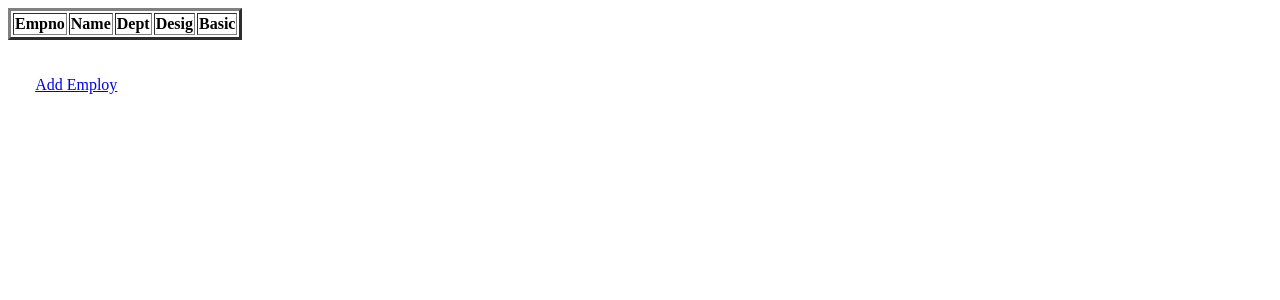
Repository: vinodkumarr269/mode1
Page: http://localhost/EmployCrude/EmployShow.jsp
An editor plug-in stored every save of this project. The page is shown before and after the next save, followed by the edit.
The browser window is 1280 px wide. The pictures show the whole page.
The page is served by Tomcat 9. Queries for data that is not in the repository find no rows.

Above is the page before, as saved 2019-08-21 09:58:56.

After the next save:
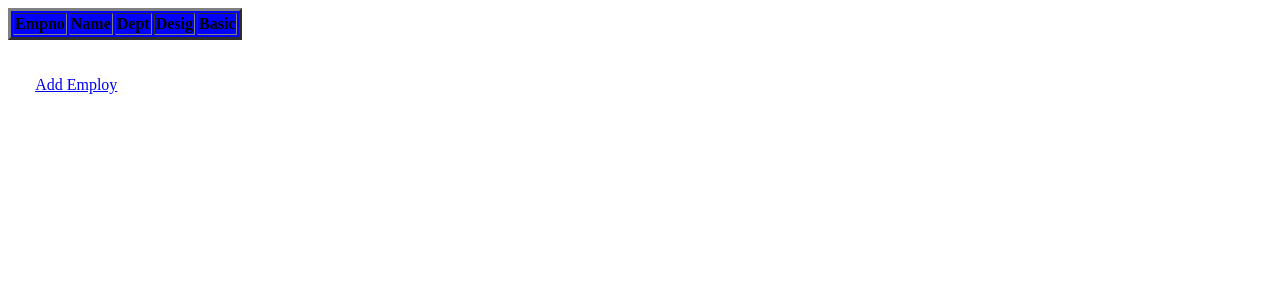
Saved 41 s later.
--- a/day13/EmployCrude/WebContent/EmployShow.jsp
+++ b/day13/EmployCrude/WebContent/EmployShow.jsp
@@ -11,7 +11,7 @@
 <title>Insert title here</title>
 </head>
 <body>
-<table border="3" color="blue">
+<table border="3" bgcolor="blue">
 	<tr>
 		<th>Empno</th>
 		<th>Name</th>
